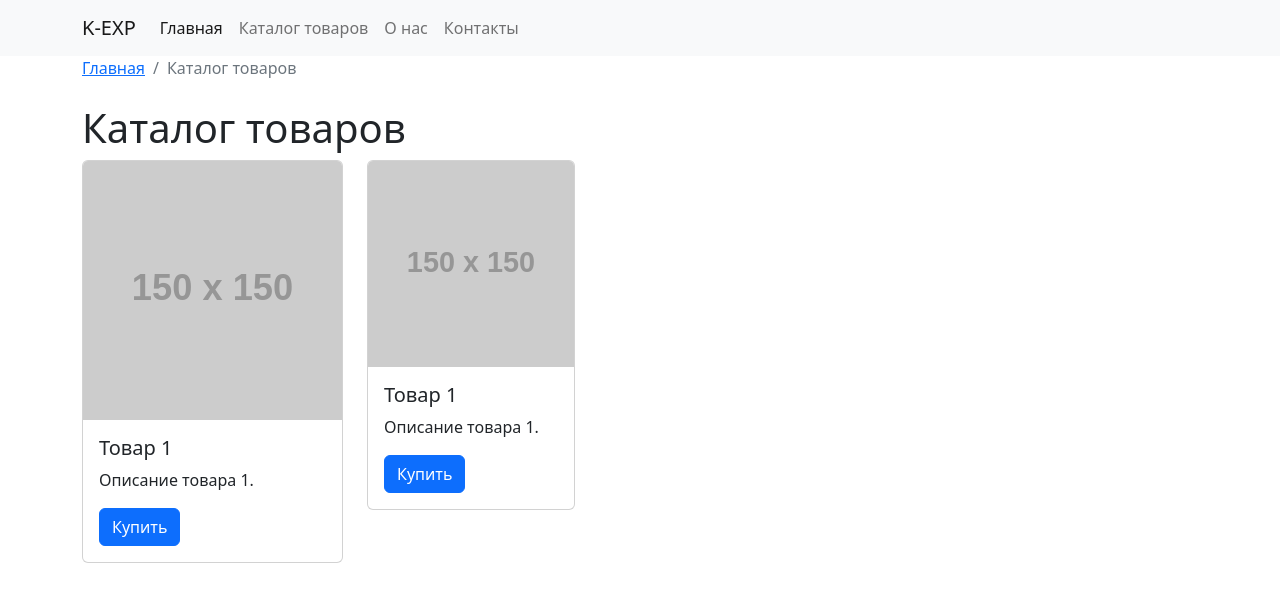
Repository: smartsoltech/kexp-shop
Page: main/catalog/templates/catalog/base.html
The author's editor kept a copy of each file at every save. The page is drawn from the files as they stood at one save, then again after the next save.
The browser window is 1280 px wide. The pictures show the whole page.
The template is drawn by Django 4.2. The application's start-up code is not run. The template is opened directly, without the code that normally fills it, so the values that code supplies are empty.

Above is the page before, as saved 2023-03-14 13:46:41.

After the next save:
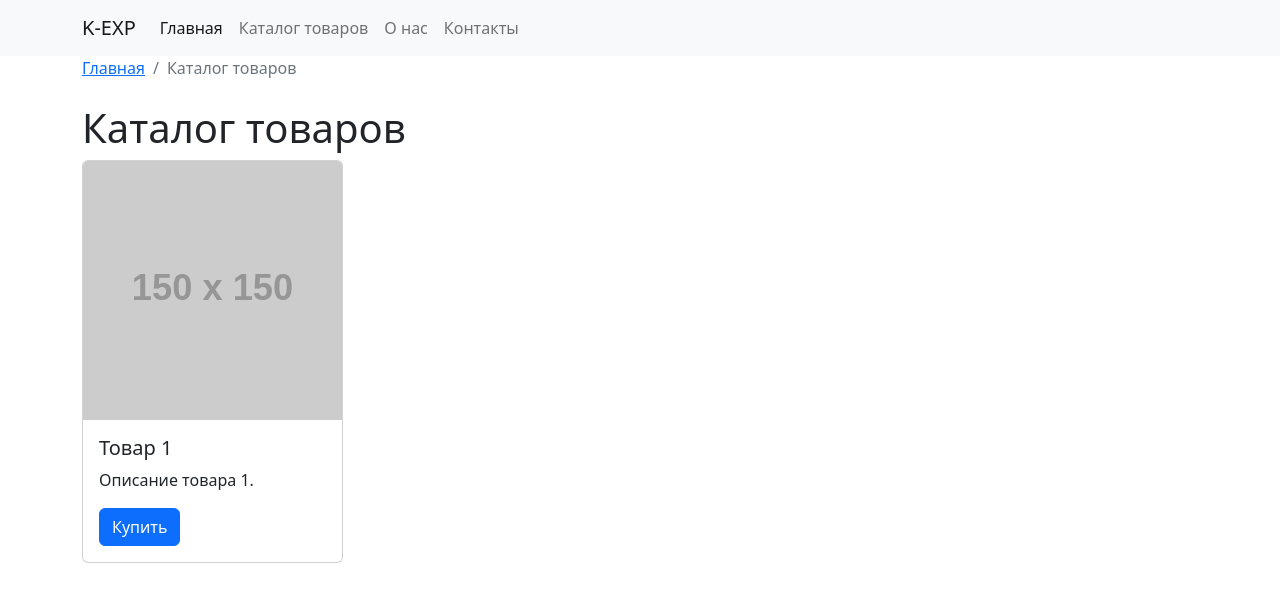
Saved 20 min 7 s later.
--- a/main/catalog/templates/catalog/base.html
+++ b/main/catalog/templates/catalog/base.html
@@ -56,18 +56,6 @@
             <p class="card-text">Описание товара 1.</p>
             <a href="#" class="btn btn-primary">Купить</a>
           </div>
-        </div>
-
       </div>
-      <div class="col">
-        <div class="col-md-3">
-          <div class="card">
-            <img src="https://via.placeholder.com/150" class="card-img-top" alt="...">
-            <div class="card-body">
-              <h5 class="card-title">Товар 1</h5>
-              <p class="card-text">Описание товара 1.</p>
-              <a href="#" class="btn btn-primary">Купить</a>
-            </div>
-          </div>
-
-        </div>
+    </div>
+  </div>
